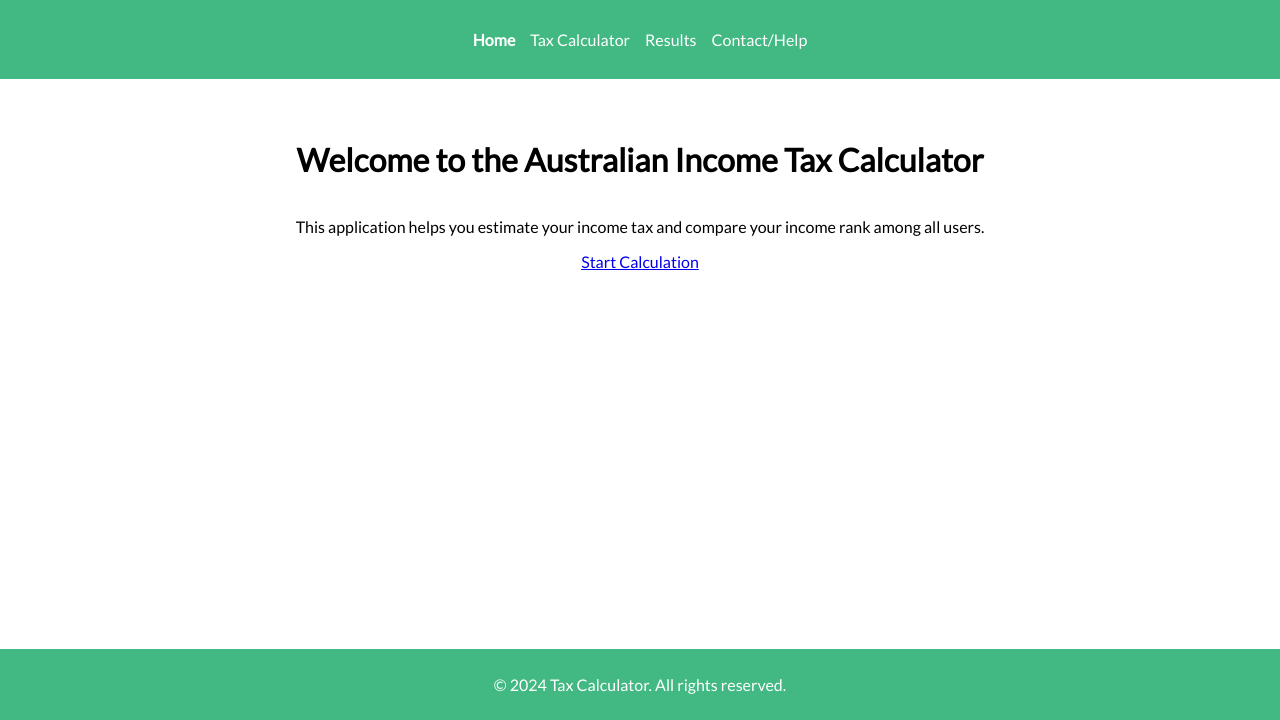
Repository: Tracy-maker/tax_calculator
Page: /
An editor plug-in stored every save of this project. The page is shown before and after the next save, followed by the edit.
The browser window is 1280 px wide. The pictures show the whole page.
The project was rebuilt for these pictures with package versions that can differ from the ones it lists, and the page was loaded fresh each time. Also part of the build but not shown: vite.config.js, src/components/page/TaxCalculator.vue, src/components/page/ResultPage.vue, src/components/page/ContactHelp.vue.

Above is the page before, as saved 2024-06-26 20:37:58.

After the next save:
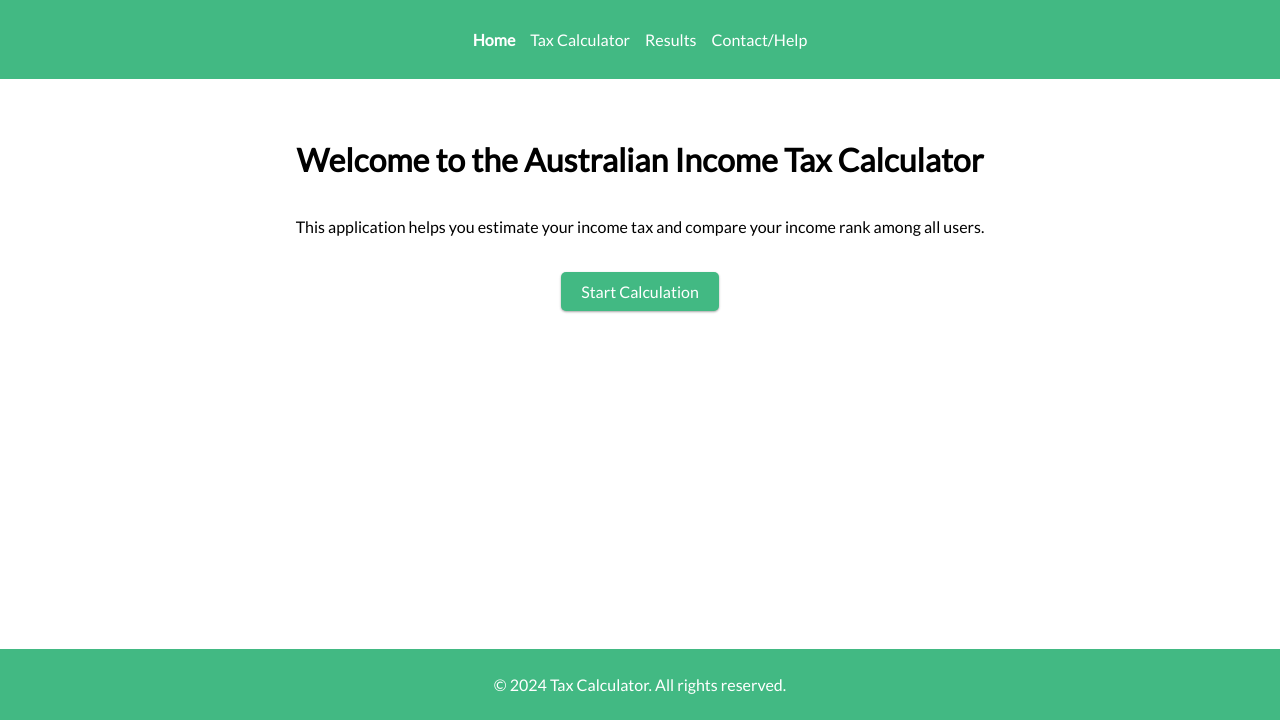
Saved 35 s later.
--- a/src/components/page/HomePage.vue
+++ b/src/components/page/HomePage.vue
@@ -5,7 +5,7 @@
       This application helps you estimate your income tax and compare your income rank among all
       users.
     </p>
-    <router-link to="/calculator">Start Calculation</router-link>
+    <router-link to="/calculator" class="start-calculation">Start Calculation</router-link>
   </div>
 </template>
 
